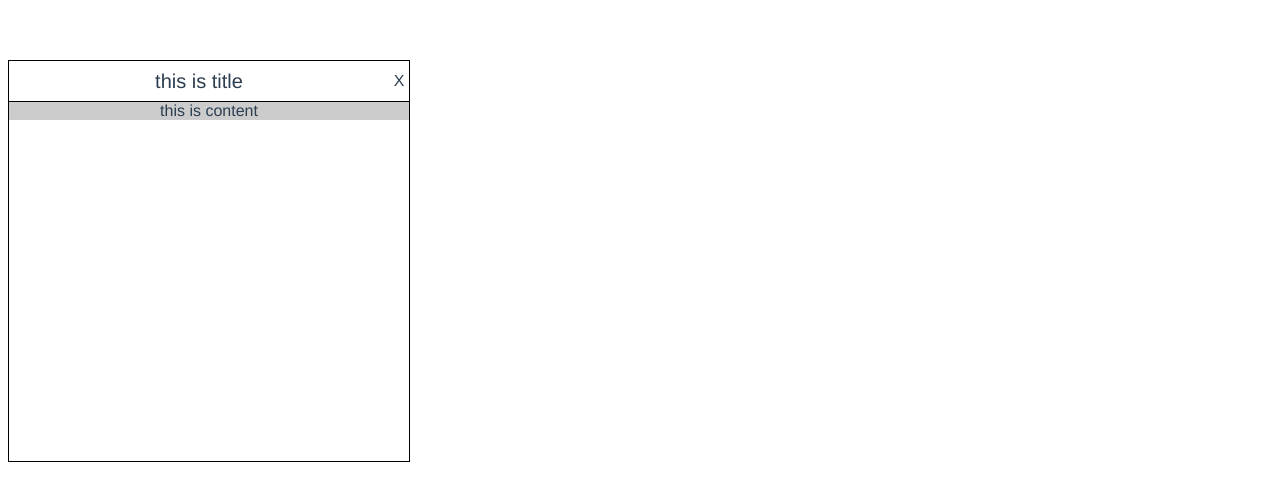
Repository: iulucky6/yf_messageBox
Page: /#/
The author's editor kept a copy of each file at every save. The page is drawn from the files as they stood at one save, then again after the next save.
The browser window is 1280 px wide. The pictures show the whole page.
The project was rebuilt for these pictures with package versions that can differ from the ones it lists, and the page was loaded fresh each time. Also part of the build but not shown: src/components/HelloWorld.vue.

Above is the page before, as saved 2023-09-14 11:17:57.

### index.html
<!DOCTYPE html>
<html>
  <head>
    <meta charset="utf-8">
    <meta name="viewport" content="width=device-width,initial-scale=1.0">
    <title>v</title>
  </head>
  <body>
    <div id="app"></div>
    <!-- built files will be auto injected -->
  </body>
</html>

### src/main.js
// The Vue build version to load with the `import` command
// (runtime-only or standalone) has been set in webpack.base.conf with an alias.
import Vue from 'vue'
import App from './App'
// 引入配置文件
import router from './router'

Vue.config.productionTip = false

/* eslint-disable no-new */
new Vue({
  el: '#app',
  //注入
  router,
  components: { App },
  template: '<App/>'
})

### src/App.vue
<template>
  <div id="app">
    <!-- 决定路由组件配置，匹配到的组件会在这里渲染 -->
    <!-- <router-view/> -->
    <MessageBox></MessageBox>
  </div>
</template>

<script>
import { MessageBox } from "./components";
console.log(MessageBox,"MessageBox");

export default {
  name: "App",
  components:{
    MessageBox
  }
};
</script>

<style>
#app {
  font-family: "Avenir", Helvetica, Arial, sans-serif;
  -webkit-font-smoothing: antialiased;
  -moz-osx-font-smoothing: grayscale;
  text-align: center;
  color: #2c3e50;
  margin-top: 60px;
}
</style>

### src/router/index.js
// 1、引入路由
import Vue from 'vue'
import Router from 'vue-router'

// 2、启用路由
Vue.use(Router)

// 3、创建并导出路由
export default new Router({
  mode:'hash',
  routes: [
    {
      path: '/',
      name: 'HelloWorld',
      component: () => import("@/components/HelloWorld.vue")
    },
    {
      path:'/about',
      name:'About',
      component:()=>import("@/components/About.vue")
    }
  ]
})

### src/components/index.js
import MessageBox from "./MessageBox";

export {
    MessageBox
}

### src/components/MessageBox/index.js
import MessageBox from './index.vue'

export default MessageBox;

### src/components/MessageBox/index.vue
<template>
  <div :class="['boxStyle', type]">
    <div class="inner">
      <header class="header">
        <div class="title">{{ title }}</div>
        <span class="close">X</span>
      </header>

      <div class="content">{{ content }}</div>
    </div>
  </div>
</template>

<script>
export default {
  name: "MessageBox",
  props: {
    title: {
      type: String,
      default: "this is title",
    },
    content: {
      type: String,
      default: "this is content",
    },
    type: {
      type: String,
      default: "primary",
      //vue语法，校验传入参数合法性，返回true/false，返回false则警告
      validator(value) {
        ["primary", "success", "warn", "danger"].includes(value);
      },
    },
  },
};
</script>

<style lang='scss'>
$border-color: #000;
.boxStyle {
  border: 1px solid $border-color;
  width: 400px;
  height: 400px;
  display: flex;
  flex-direction: column;
  .header {
    display: flex;
    width: 100%;
    align-items: center;
    border-bottom: 1px solid $border-color;
    height: 40px;
    .title {
      flex: 1;
      font-size: 20px;
    }
    .close {
      width: 20px;
      line-height: 40px;
      display: inline-block;
    }
  }
  .content {
    // display: flex;
    background-color: #ccc;
    flex: 1;
    // align-items: center;
    // justify-content: center;
  }
}
</style>

After the next save:
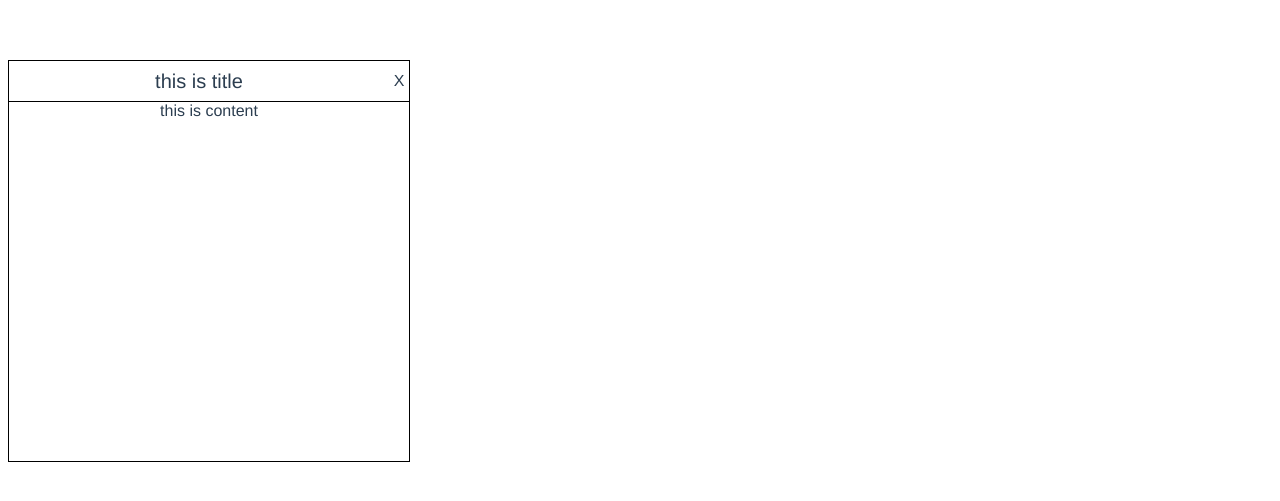
Saved 39 s later.
--- a/src/components/MessageBox/index.vue
+++ b/src/components/MessageBox/index.vue
@@ -61,6 +61,7 @@ $border-color: #000;
   }
   .content {
     // display: flex;
+    height: 0;
     background-color: #ccc;
     flex: 1;
     // align-items: center;
